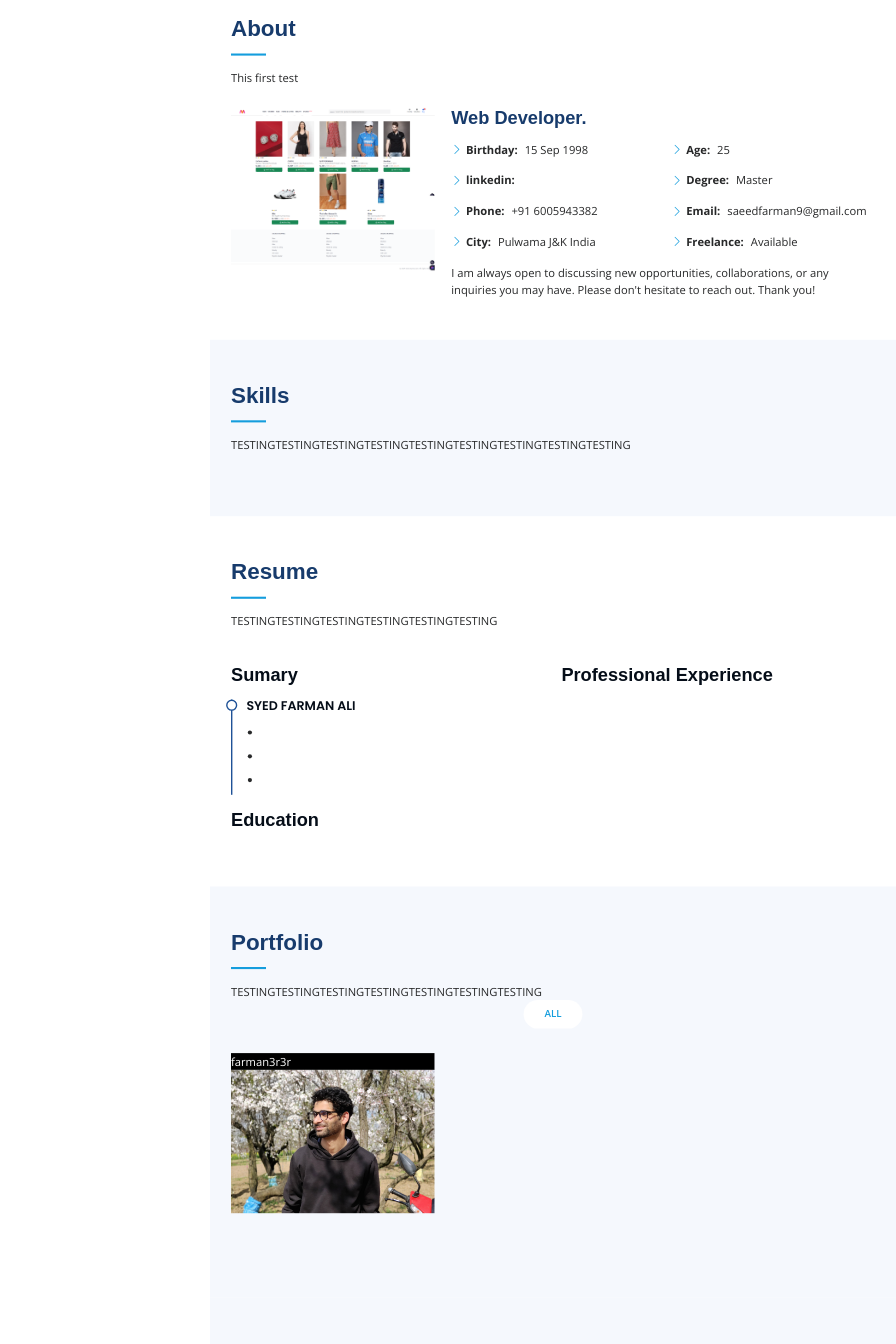
Repository: FARMAN9/portfoilo_django
Page: http://localhost/
An editor plug-in stored every save of this project. The page is shown before and after a run of saves, followed by the edit.
The browser window is 1280 px wide. The pictures show the part of the page from y = 759 to 2679 px (the page is 3795 px tall before and 3819 px after), at 70% of full size.
Backgrounds fixed to the window are drawn as part of the page. Some web fonts or font styles are not loaded; a fallback is used. The page is served by the project's application, run on Django 4.2 (manage.py). The page reads the database file committed with the project. Queries for data that is not in the repository find no rows.

Above is the page before, as saved 2024-07-14 19:38:23.

After the next 2 saves:
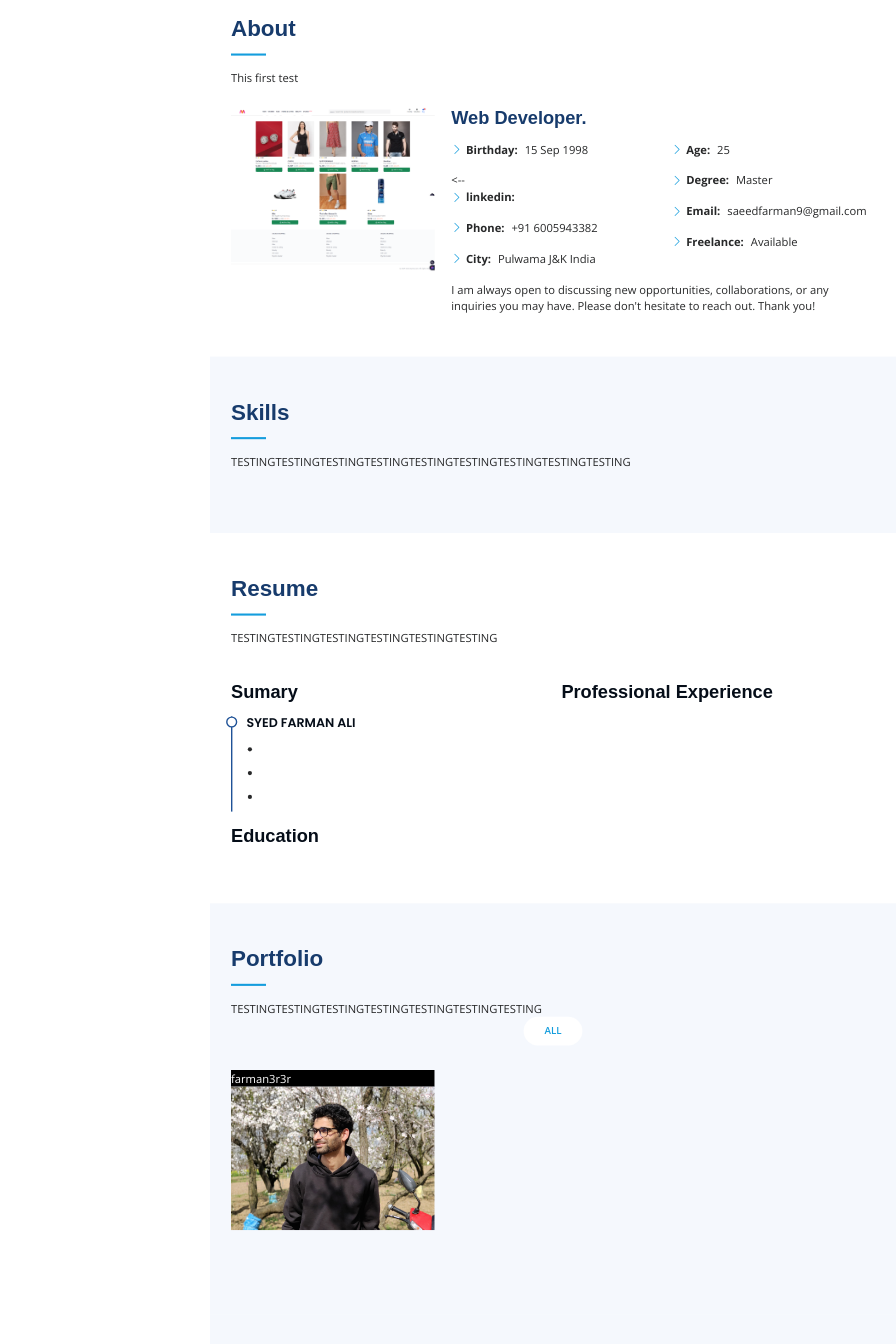
The 2 saves are shown as one change because they came seconds apart.
The last was saved 5 min 59 s later.
--- a/templates/index.html
+++ b/templates/index.html
@@ -101,7 +101,7 @@
               <div class="col-lg-6">
                 <ul>
                   <li><i class="bi bi-chevron-right"></i> <strong>Birthday:</strong> <span>15 Sep 1998</span></li>
-                  <li><i class="bi bi-chevron-right"></i> <strong>linkedin:</strong> <span>{{link}}</span></li>
+                  <--<li><i class="bi bi-chevron-right"></i> <strong>linkedin:</strong> <span>{{link}}</span></li>
                   <li><i class="bi bi-chevron-right"></i> <strong>Phone:</strong> <span>{{Phone}}</span></li>
                   <li><i class="bi bi-chevron-right"></i> <strong>City:</strong> <span>{{address}}</span></li>
                 </ul>
